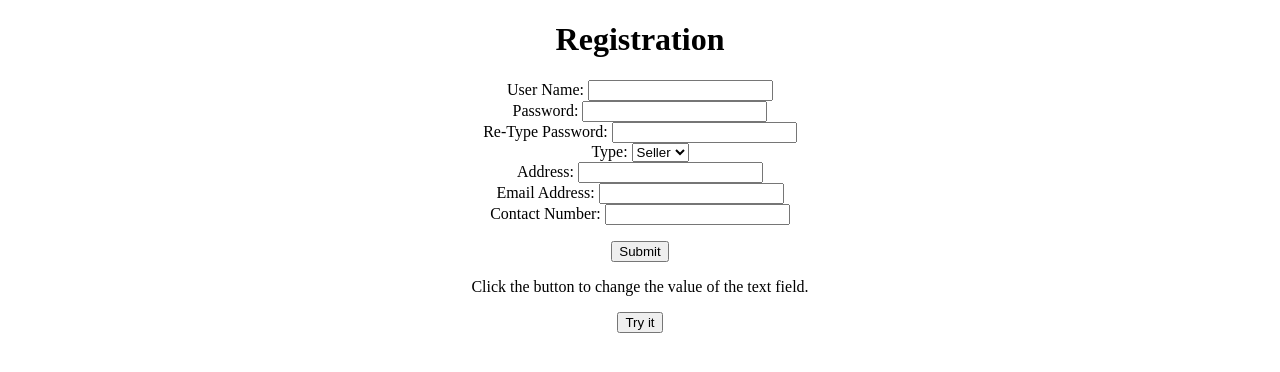
Repository: HariharanMiracle/CodeComplexity
Page: http://localhost/Paf_assignment/Register.jsp
The author's editor kept a copy of each file at every save. The page is drawn from the files as they stood at one save, then again after the next save.
The browser window is 1280 px wide. The pictures show the whole page.
The page is served by Tomcat 9. Other server files are loaded and not shown.

Above is the page before, as saved 2019-04-29 19:51:48.

### Paf_assignment/WebContent/Register.jsp
<%@ page language="java" contentType="text/html; charset=ISO-8859-1"
    pageEncoding="ISO-8859-1"%>
<!DOCTYPE html>
<html>
<head>
<meta charset="ISO-8859-1">
<title>Insert title here</title>
</head>
<body>


				<!-- Main Content -->
				<form style = "text-align: center" action="paf/member/Register" method="POST" onsubmit="return validate()">
					<h1>Registration</h1>
					<label>User Name:</label> <input type="text" name="username" id = "username" required/><br/>
					<label>Password:</label> <input type="password" name="password" id = "pw" required/><br/>
					<label>Re-Type Password:</label> <input type="password" name="rpassword" id = "cpw" required/><br/>
					<label>Type:</label>
					<select name = "type">
					  <option value="Seller">Seller</option>
					  <option value="Buyer">Buyer</option>
					</select><br/>
					<label>Address:</label> <input type="text" name="address" id="address" required/><br/>
					<label>Email Address:</label> <input type="email" name="mailAddress" required/><br/>
					<label>Contact Number:</label> <input type="text" name="contactNumber"  id="contactNumber" required/><br/>
					<p id = "gg"></p>
					<input type="submit" value="Submit"/>
					<span id="myText" value="Mickey"></span>

<p>Click the button to change the value of the text field.</p>

<button onclick="myFunction()">Try it</button>
				</form>

<script type="text/javascript">
			function validate(){
				var pw =  document.getElementById("pw").value;
				var cpw =  document.getElementById("cpw").value;
				var username =  document.getElementById("username").value;
				var contactNumber =  document.getElementById("contactNumber").value;
				var address =  document.getElementById("address").value;
				var letters = /^[A-Za-z]+$/;
				var numeric = /^[0-9]+$/;
				var alphaNumeric = /^[0-9a-zA-Z]+$/;
				if(pw == cpw){
					return true;
				}
				else{
					alert("ddfd");
					document.getElementById("myText").value = "Johnny Bravo";
					return false;
				}
			}



</script>
</body>
</html>

After the next save:
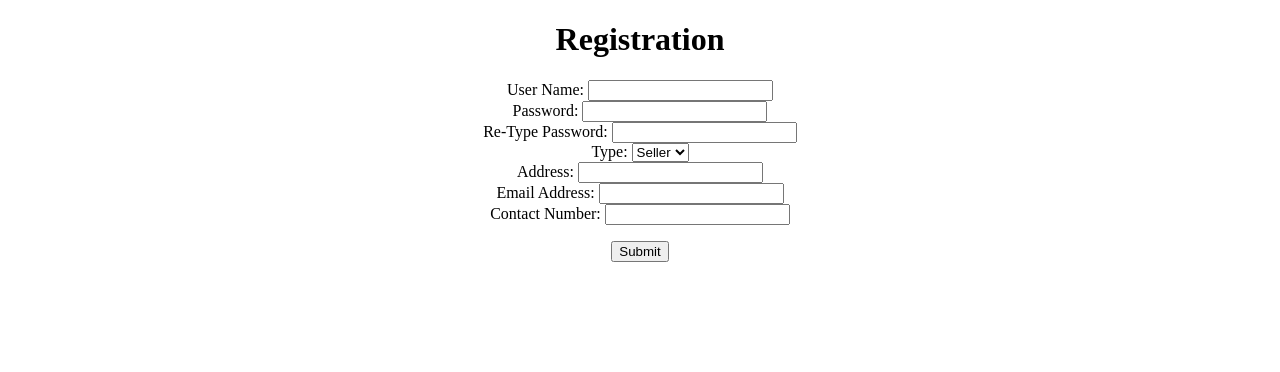
Saved 34 s later.
--- a/Paf_assignment/WebContent/Register.jsp
+++ b/Paf_assignment/WebContent/Register.jsp
@@ -27,9 +27,7 @@
 					<input type="submit" value="Submit"/>
 					<span id="myText" value="Mickey"></span>
 
-<p>Click the button to change the value of the text field.</p>
 
-<button onclick="myFunction()">Try it</button>
 				</form>
 
 <script type="text/javascript">
